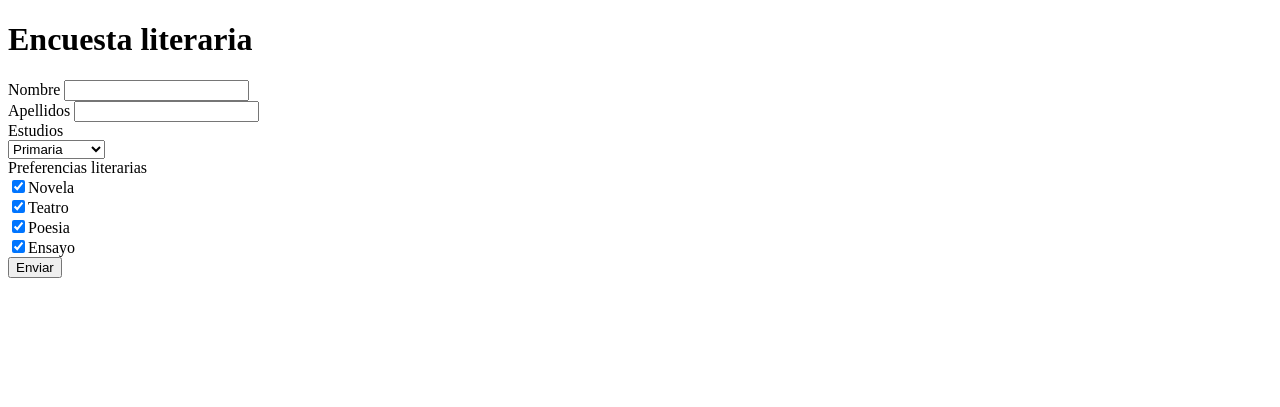
Repository: luigitinez/javaEE
Page: Encuesta/WebContent/index.html
These files come from the project's save history. The page is drawn as it stood at one moment and after the next save; the edit follows.
The browser window is 1280 px wide. The pictures show the whole page.

Above is the page before, as saved 2017-02-16 17:52:14.

### Encuesta/WebContent/index.html
<!DOCTYPE html>
<html>
<head>
<meta charset="UTF-8">
<title>Encuesta</title>
</head>
<body>
<h1>Encuesta literaria</h1>
<form action="/Encuesta/mostrar">
Nombre
<input type="text" name="nombre"/><br>
Apellidos
<input type="text" name="apellidos"/><br>
Estudios<br>
<select name='estudios' >
<option>Primaria</option>
<option>Secuandaria</option>
<option>Bachillerato</option>
</select><br>
Preferencias literarias<br>
<input type="checkbox" name="preferencias" value="novela" checked>Novela<br>
<input type="checkbox" name="preferencias" value="teatro" checked>Teatro<br>
<input type="checkbox" name="preferencias" value="poesia" checked>Poesia<br>
<input type="checkbox" name="preferencias" value="ensayo" checked>Ensayo<br>

<input type="submit" value="Enviar">



</form>
</body>
</html>

After the next save:
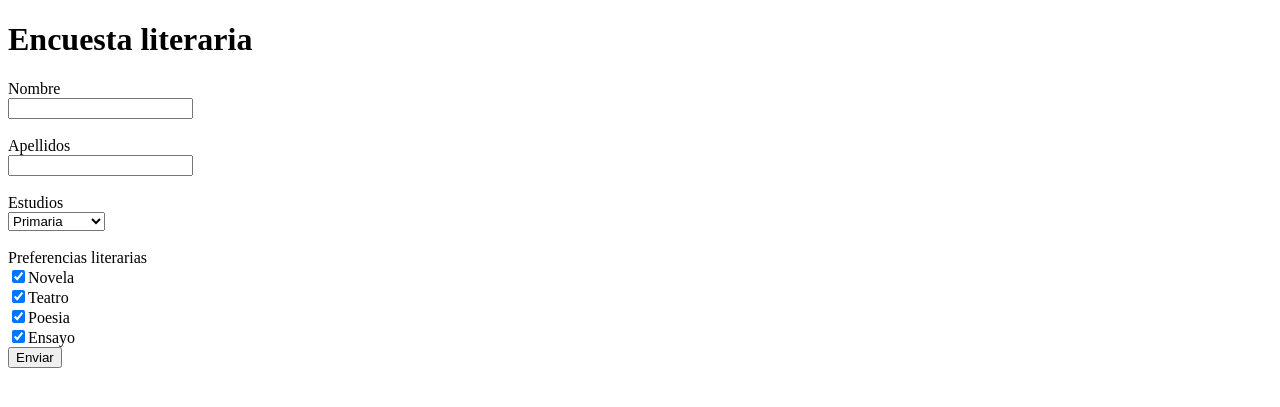
Saved 93 s later.
--- a/Encuesta/WebContent/index.html
+++ b/Encuesta/WebContent/index.html
@@ -7,16 +7,16 @@
 <body>
 <h1>Encuesta literaria</h1>
 <form action="/Encuesta/mostrar">
-Nombre
-<input type="text" name="nombre"/><br>
-Apellidos
-<input type="text" name="apellidos"/><br>
+Nombre<br>
+<input type="text" name="nombre"/><br><br>
+Apellidos<br>
+<input type="text" name="apellidos"/><br><br>
 Estudios<br>
 <select name='estudios' >
 <option>Primaria</option>
 <option>Secuandaria</option>
 <option>Bachillerato</option>
-</select><br>
+</select><br><br>
 Preferencias literarias<br>
 <input type="checkbox" name="preferencias" value="novela" checked>Novela<br>
 <input type="checkbox" name="preferencias" value="teatro" checked>Teatro<br>
